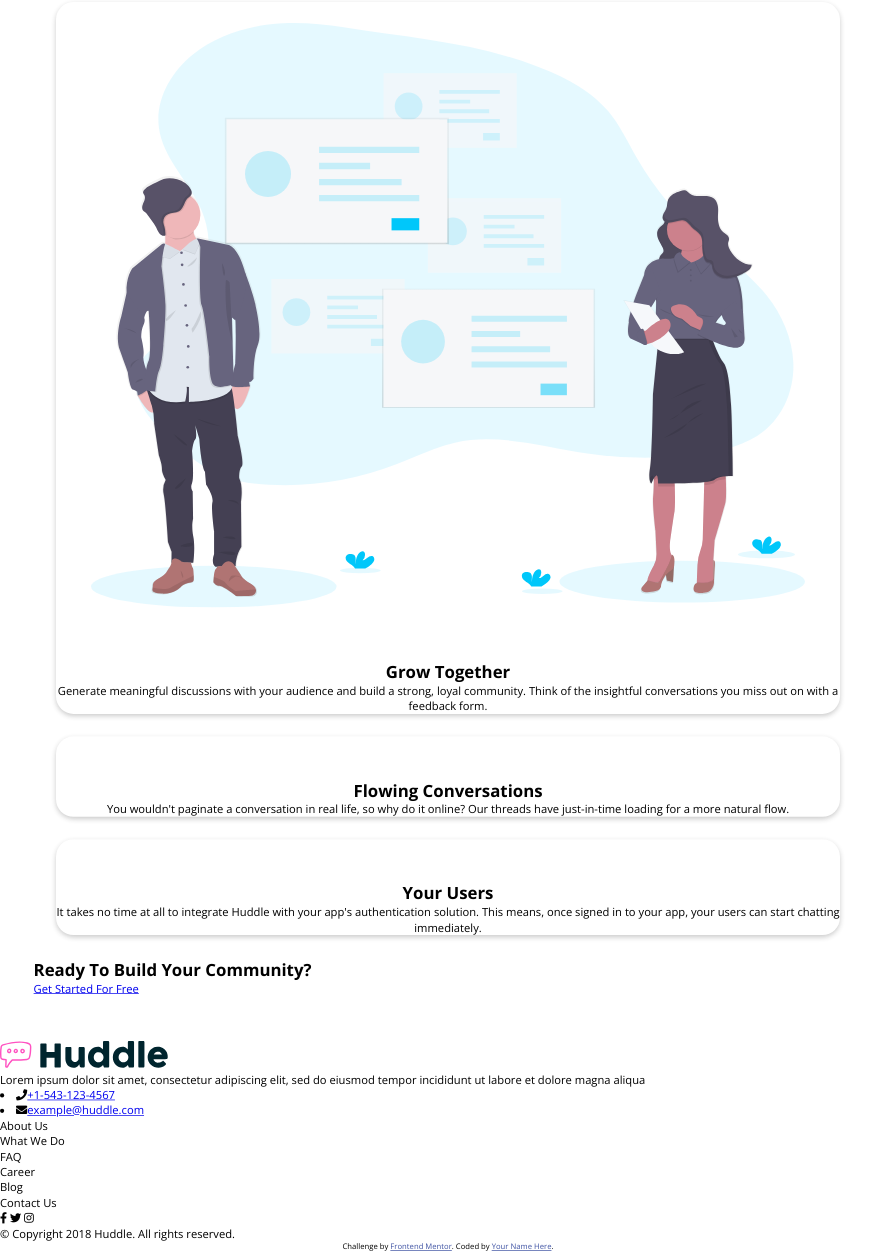
Repository: DejV44/Huddle-landing-page
Page: index.html
An editor plug-in stored every save of this project. The page is shown before and after the next save, followed by the edit.
The browser window is 1280 px wide. The pictures show the part of the page from y = 1527 to 3447 px (the page is 3315 px tall before and 3447 px after), at 70% of full size.
The style sheet was rebuilt from its Sass, Less or Tailwind sources for each picture, by a compiler version that may differ from the author's.

Above is the page before, as saved 2021-08-15 22:21:18.

### index.html
<!DOCTYPE html>
<html lang="en">
<head>
  <meta charset="UTF-8">
  <meta name="viewport" content="width=device-width, initial-scale=1.0"> <!-- displays site properly based on user's device -->
  <link rel="stylesheet" href="/css/style.css">
  <link rel="stylesheet" href="/fontawesome-free-5.15.3-web/css/all.css">
  <link rel="icon" type="image/png" sizes="32x32" href="./images/favicon-32x32.png">

  <title>Frontend Mentor | Huddle landing page with alternating feature blocks</title>

</head>
<body>
  <header>
    <div class="nav">
      <div class="logo">
        <img src="/images/logo.svg" alt="logo">
      </div>
      <a href="#">Try It Free</a>
    </div>
    <content class="main">
      <article class="building">
        <h1>Build The Community Your Fans Will Love</h1>
        <h3> Huddle re-imagines the way we build communities. You have a voice, but so does your audience.
        Create connections with your users as you engage in genuine discussion.</h3>
        <a class="main-btn" href="#">Get Started For Free</a>
      </article>
      <div class="img-main">
        <img class="img" src="/images/illustration-mockups.svg" alt="">
      </div>
    </content>

  </header>
  <section class="cards">
    <div class="card-one">
      <div class="img-cards">
        <img src="/images/illustration-grow-together.svg" alt="">
      </div>
      <content class="card">
        <h2>Grow Together</h2>
        <p>Generate meaningful discussions with your audience and build a strong, loyal community.
        Think of the insightful conversations you miss out on with a feedback form.</p>
      </content>
    </div>
    <div class="card-two">
      <div class="img-cards"></div>
      <content class="card">
        <h2>Flowing Conversations</h2>
        <p>You wouldn't paginate a conversation in real life, so why do it online? Our threads
        have just-in-time loading for a more natural flow.</p>
      </content>
    </div>
    <div class="card-three">
      <div class="img-cards"></div>
      <content class="card">
        <h2>Your Users</h2>
        <p>It takes no time at all to integrate Huddle with your app's authentication solution.
        This means, once signed in to your app, your users can start chatting immediately.</p>
      </content>
    </div>
    <container class="ready">
      <h2>Ready To Build Your Community?</h2>
      <a href="#">Get Started For Free</a>
    </div>
  </section>
  <foother>
    <container class="foother">
      <div class="section1">
        <img src="/images/logo.svg" alt="logo">
        <p>Lorem ipsum dolor sit amet, consectetur adipiscing elit, sed do eiusmod tempor
        incididunt ut labore et dolore magna aliqua</p>
        <li><i class="fa fa-phone" aria-hidden="true"></i><a href="tel:+1-543-123-4567">+1-543-123-4567</a></li>
        <li><i class="fa fa-envelope" aria-hidden="true"></i><a href="example@huddle.com">example@huddle.com</a></li>
      </div>
      <div class="section2">
        <ul>
          <li>About Us</li>
          <li>What We Do</li>
          <li>FAQ</li>
        </ul>
      </div>
      <div class="section3">
        <ul>
          <li>Career</li>
          <li>Blog</li>
          <li>Contact Us</li>
        </ul>
      </div>
      <div class="copyright">
        <div class="social">
          <span><i class="fab fa-facebook-f"></i></span>
          <span><i class="fab fa-twitter"></i></span>
          <span><i class="fab fa-instagram"></i></span>
        </div>
        <p>&copy; Copyright 2018 Huddle. All rights reserved.</p>
      </div>
    </container>
  </foother>













  <footer>
    <p class="attribution">
      Challenge by <a href="https://www.frontendmentor.io?ref=challenge" target="_blank">Frontend Mentor</a>.
      Coded by <a href="#">Your Name Here</a>.
    </p>
  </footer>
</body>
</html>

### css/style.scss
* {
    margin: 0;
    padding: 0;
    //font-family: 'Poppins', sans-serif;
}

body {
    font-family: 'Open Sans', sans-serif;
}

// ---FONTS---
@import url('https://fonts.googleapis.com/css2?family=Open+Sans:wght@400;700&display=swap');
@import url('https://fonts.googleapis.com/css2?family=Poppins:wght@600&display=swap');

@import "variables";
@import "mixin";

@import "cards";
@import "header";
@import "footer";

### css/_variables.scss
$Pink: hsl(322, 100%, 66%);
$VeryPaleCyan: hsl(193, 100%, 96%);
$VeryDarkCyan: hsl(192, 100%, 9%);
$GrayishBlue: hsl(208, 11%, 55%);

### css/_mixin.scss
@mixin cards {
    margin: 2rem 2rem;
    text-align: center;
    box-shadow: rgba(39, 39, 39, 0.24) 0px 3px 8px;
    border-radius: 25px;
    .img-cards {
        padding: 30px 50px;


            img {
                width: 100%;
                margin-bottom: 40px;
            }
    }
}

### css/_cards.scss
.cards {
    padding: 4rem 3rem;
    margin: 0 auto;

    .card-one, .card-two, .card-three {
        @include cards;
    }

}

### css/_header.scss
header {
    background: url(/images/bg-hero-mobile.svg);
    background-color: rgb(241, 241, 255);
    background-size: contain;
    background-position: center;
    background-repeat: no-repeat;
    text-align: center;

    .nav {
        display: flex;
        justify-content: space-between;
        padding: 2rem 1.6rem;


        img {
            width: 130px;
        }

        a {
            text-decoration: none;
            font-size: 13px;
            font-weight: 600;
            margin-top: -4px;
            padding: 0.3rem 1.7rem;
            background-color: white;
            border-radius: 25px;
            box-shadow: rgba(39, 39, 39, 0.24) 0px 3px 8px;
        }

    }
    .main {

        margin: 0 auto;

        .building {
            margin: 4rem 3rem;



            h1 {
                margin: 0 1.5rem;
                font-size: 35px;
            }

            h3 {
                font-weight: 400;
                font-size: 23px;
                margin: 2rem 0;
                line-height: 35px;
            }

            .main-btn {

                display: block;
                text-decoration: none;
                font-weight: 600;
                font-size: 17px;
                margin: 4rem auto;
                padding: 1rem 0;
                max-width: 350px;
                border-radius: 30px;
                background: $Pink;
                color: white;
                box-shadow: rgba(39, 39, 39, 0.24) 0px 3px 8px;
            }

        }
        .img-main {
            padding: 30px 50px;

            .img {
                width: 100%;
                margin-bottom: 40px;
            }
        }
    }


}

### css/_footer.scss





.attribution {
    font-size: 11px; text-align: center;
}
.attribution a {
    color: hsl(228, 45%, 44%);
}

Loaded but not shown: fontawesome-free-5.15.3-web/css/all.css (library)

After the next save:
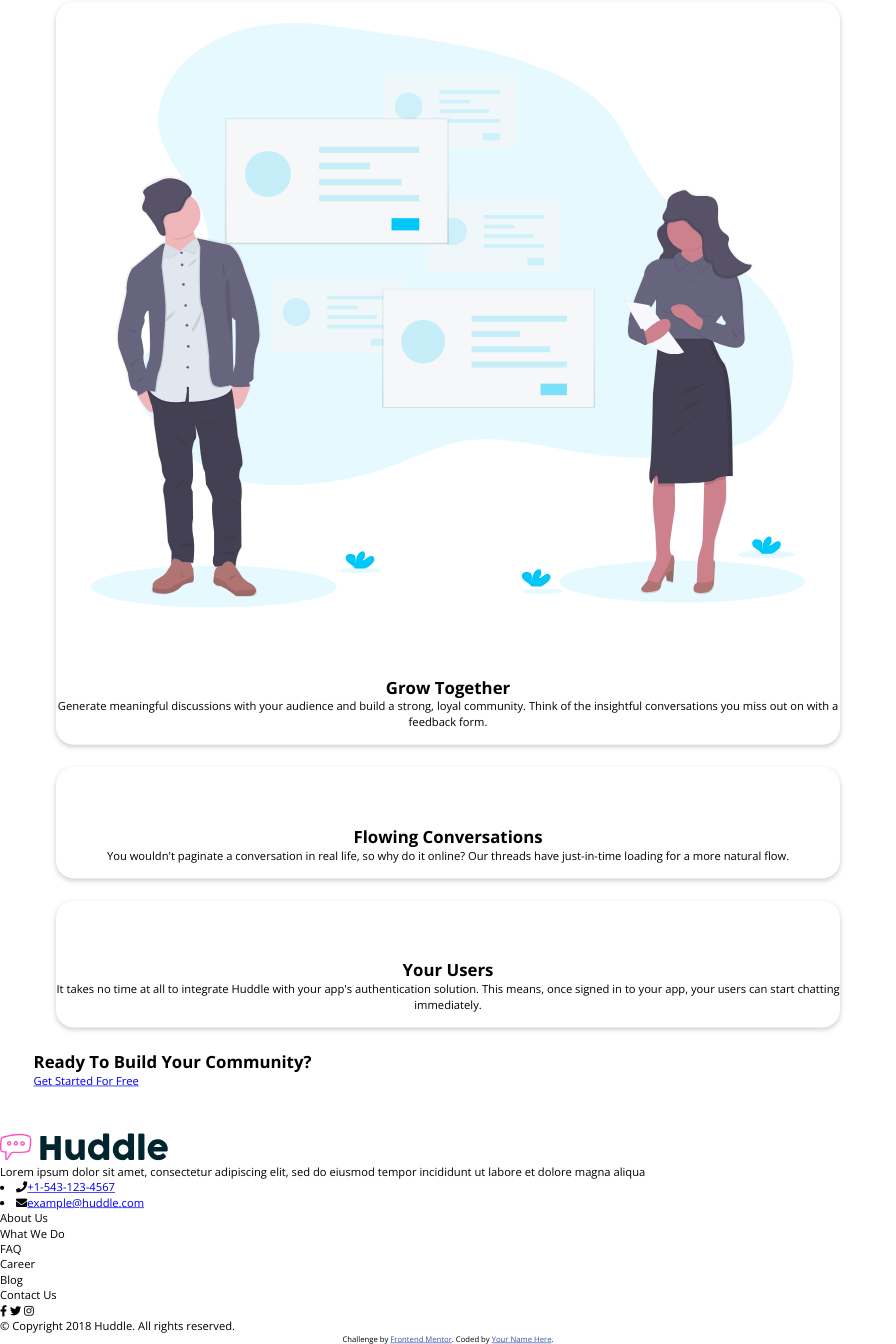
Saved 54 s later.
--- a/css/_mixin.scss
+++ b/css/_mixin.scss
@@ -3,6 +3,10 @@
     text-align: center;
     box-shadow: rgba(39, 39, 39, 0.24) 0px 3px 8px;
     border-radius: 25px;
+
+    .card {
+        padding: 0 2rem 1rem 2rem;
+    }
     .img-cards {
         padding: 30px 50px;
 

After the 3 saves that followed:
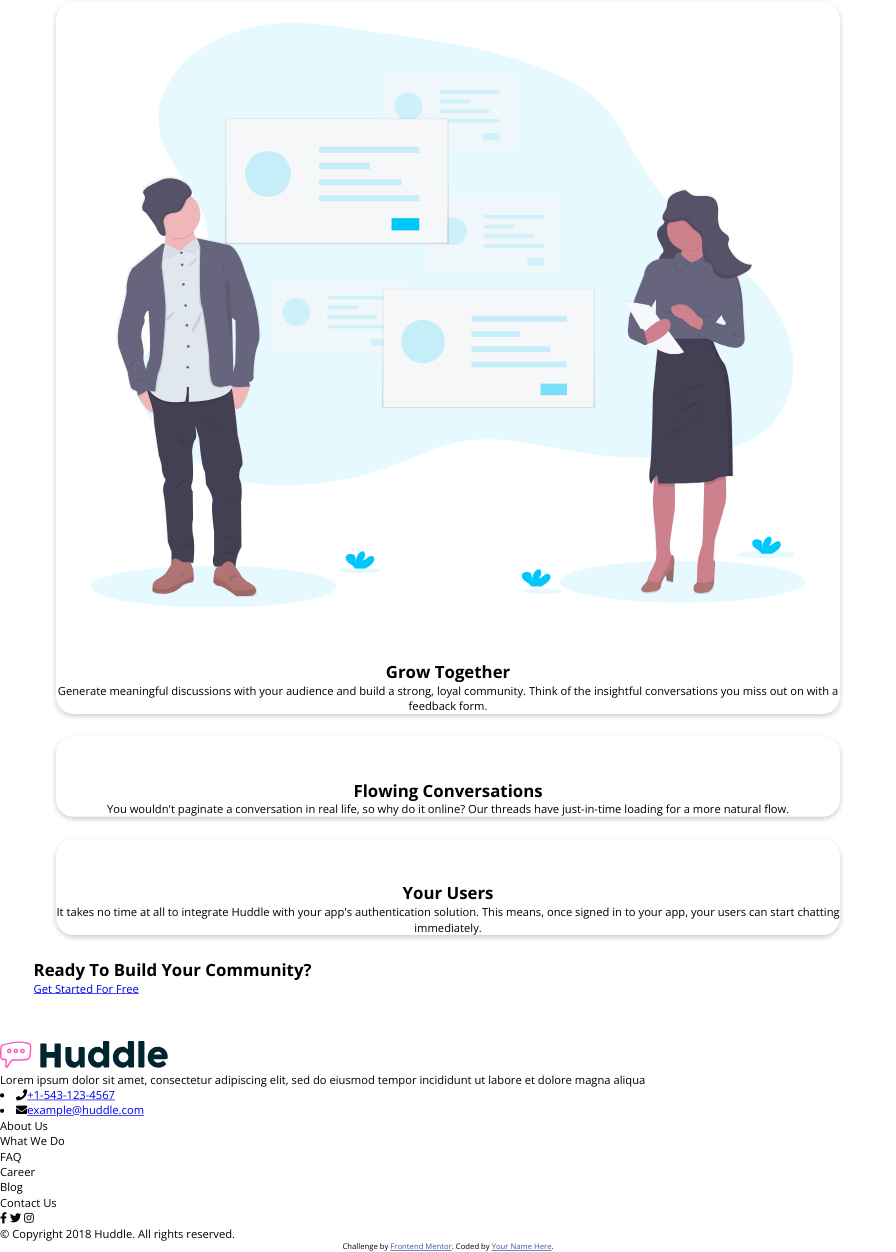
The 3 saves are shown as one change because 2 left the picture as it was.
The last was saved 35 s later.
--- a/css/_mixin.scss
+++ b/css/_mixin.scss
@@ -5,7 +5,7 @@
     border-radius: 25px;
 
     .card {
-        padding: 0 2rem 1rem 2rem;
+
     }
     .img-cards {
         padding: 30px 50px;
